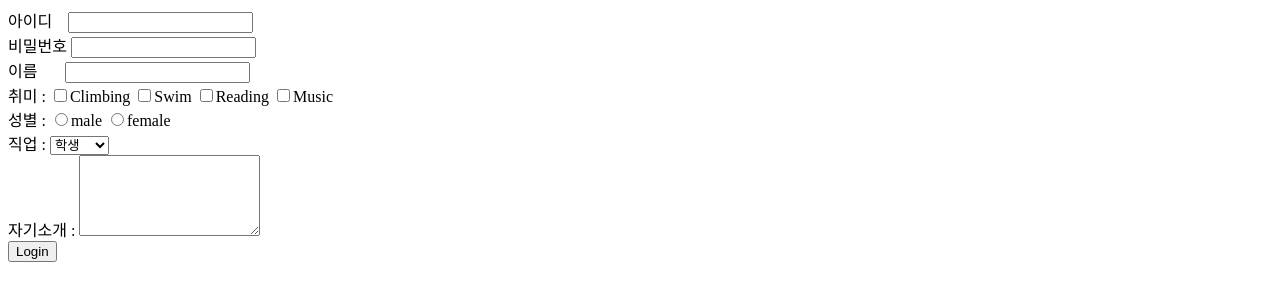
Repository: alsals126/servlet_study_2021
Page: http://localhost/ServletPrj/login_form.jsp
The author's editor kept a copy of each file at every save. The page is drawn from the files as they stood at one save, then again after the next save.
The browser window is 1280 px wide. The pictures show the whole page.
The page is served by Tomcat 9.

Above is the page before, as saved 2021-05-11 00:58:42.

After the next save:
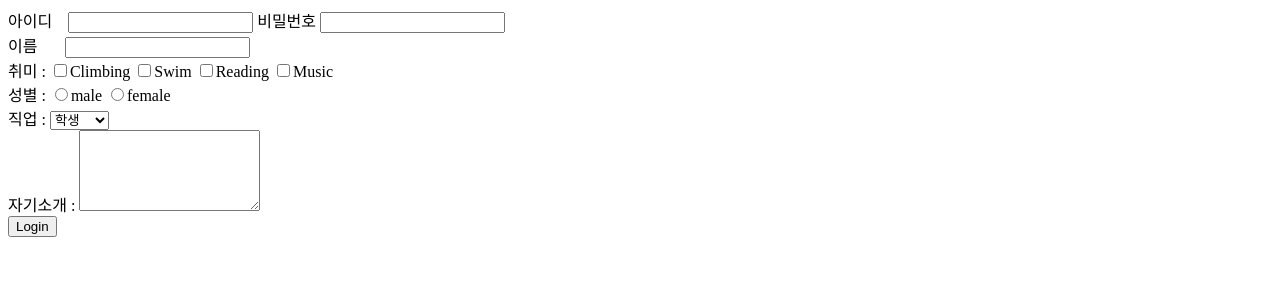
Saved 16 s later.
--- a/ServletPrj/WebContent/login_form.jsp
+++ b/ServletPrj/WebContent/login_form.jsp
@@ -8,7 +8,7 @@
 </head>
 <body>
 	<form method="post" action="login">
-		아이디  &nbsp;&nbsp;&nbsp;<input type="text" name="id"/><br>
+		아이디  &nbsp;&nbsp;&nbsp;<input type="text" name="id"/>
 		비밀번호 <input type="password" name="pw"/><br>
 		이름  &nbsp;&nbsp;&nbsp;&nbsp;&nbsp;&nbsp;<input type="text" name="name"/><br>
 		취미 : <input type="checkbox" name="hobby" value="climbing">Climbing
